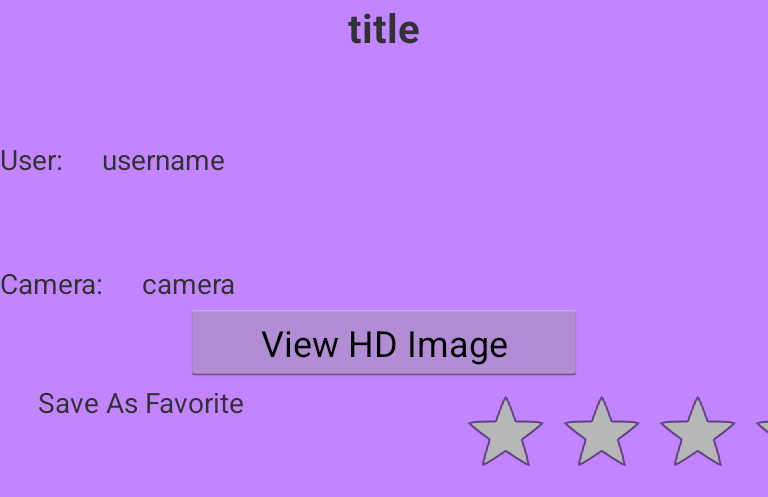
Repository: arianaantonio/Java2_Antonio
Layout: SpaceImageViewer/res/layout/details_activity.xml
These files come from the project's save history. The layout is drawn as it stood at one moment and after the next save; the edit follows.
The pictures show rows 0 to 497 of an output 1280 px tall.
Pictures or frames that could not be fetched are drawn as grey boxes. It is drawn on a 768 x 1280 px phone screen (xhdpi) without system bars, with theme AppTheme; the app's code is not run.

Above is the layout before, as saved 2014-07-31 05:50:29.

### SpaceImageViewer/res/layout/details_activity.xml
<?xml version="1.0" encoding="utf-8"?>
<LinearLayout xmlns:android="http://schemas.android.com/apk/res/android"
    android:layout_width="match_parent"
    android:layout_height="match_parent"
    android:background="@color/Purple"
    android:orientation="vertical" >

    <TextView
        android:id="@+id/title"
        android:layout_width="fill_parent"
        android:layout_height="wrap_content"
        android:gravity="center"
        android:text="title"
        android:textSize="20sp"
        android:textStyle="bold" />

    <LinearLayout
        android:layout_width="287dp"
        android:layout_height="wrap_content"
        android:layout_marginTop="43dp"
        android:orientation="horizontal" >

        <TextView
            android:id="@+id/user"
            android:layout_width="wrap_content"
            android:layout_height="wrap_content"
            android:layout_weight="0.88"
            android:text="@string/userString" />

        <TextView
            android:id="@+id/userName"
            android:layout_width="wrap_content"
            android:layout_height="wrap_content"
            android:layout_weight="7.80"
            android:text="username" />
    </LinearLayout>

    <LinearLayout
        android:id="@+id/linearLayout2"
        android:layout_width="287dp"
        android:layout_height="wrap_content"
        android:layout_marginTop="43dp"
        android:orientation="horizontal" >

        <TextView
            android:id="@+id/camera"
            android:layout_width="wrap_content"
            android:layout_height="wrap_content"
            android:layout_weight="0.88"
            android:text="@string/cameraString" />

        <TextView
            android:id="@+id/cameraType"
            android:layout_width="wrap_content"
            android:layout_height="wrap_content"
            android:layout_weight="7.80"
            android:text="camera" />
    </LinearLayout>

    <Button
        android:id="@+id/button1"
        android:layout_width="wrap_content"
        android:layout_height="wrap_content"
        android:layout_gravity="center"
        android:layout_weight="0.00"
        android:minHeight="35dp"
        android:text="@string/HDbutton"
        android:width="200dp" />

    <LinearLayout
        android:id="@+id/linearLayout3"
        android:layout_width="match_parent"
        android:layout_height="wrap_content"
        android:layout_weight="0.00"
        android:orientation="horizontal" >

        <TextView
            android:id="@+id/textView1"
            android:layout_width="wrap_content"
            android:layout_height="wrap_content"
            android:layout_marginLeft="19dp"
            android:layout_weight="0.5"
            android:text="@string/favorite" />

        <RatingBar
            android:id="@+id/ratingBar"
            android:layout_width="wrap_content"
            android:layout_height="wrap_content"
            android:layout_weight="0.5"
            android:numStars="1"
            android:rating="0.0"
            android:stepSize="1.0" />
    </LinearLayout>

    <com.loopj.android.image.SmartImageView
        android:id="@+id/my_image"
        android:layout_width="match_parent"
        android:layout_height="match_parent"
        android:visibility="visible" />

</LinearLayout>

### SpaceImageViewer/res/values/strings.xml
<?xml version="1.0" encoding="utf-8"?>
<resources>

    <string name="app_name">Space Image Viewer</string>
    <string name="action_settings">Settings</string>
    <string name="textview_text">List of images of spiral galaxies</string>
    <string name="detail_view">Details:</string>
    <string name="Description">Image View</string>
    <color name="Purple">#C285FF</color>
    <color name="Grey">#D8D8D8</color>
    <color name="Aqua">#99FFFF</color>
    <string name="userString">User:</string>
    <string name="cameraString">Camera:</string>
    <string name="HDbutton">View HD Image</string>
    <string name="detailactivity">Details Activity</string>
    <string name="favorite">Save As Favorite</string>
    <string name="preferences">Preferences</string>
    <string name="search">Search</string>
    <string name="favorites">Favorites:</string>
    <string name="search_hint">Search for title or username</string>
    <string-array name="background_colors">
        <item>Blue</item>
        <item>Green</item>
        <item>Purple</item>
        <item>Pink</item>
        <item>Brown</item>
    </string-array>
    <color name="Blue">#0E15E3</color>
    <color name="Green">#30A307</color>
    <color name="Pink">#E30EB1</color>
    <color name="Brown">#75350B</color>
    <string name="favoritesactivity">Favorites Activity</string>
    <string name="textview_hint">Enter a new list title</string>


</resources>

Loaded but not shown: SpaceImageViewer/res/values/styles.xml (common file); SpaceImageViewer/res/values-v11/styles.xml (common file); SpaceImageViewer/res/values-v14/styles.xml (common file)

After the next save:
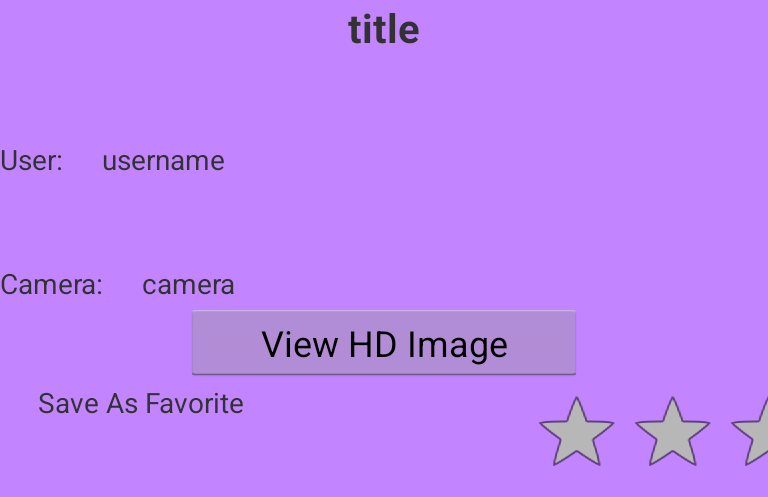
Saved 24 s later.
--- a/SpaceImageViewer/res/layout/details_activity.xml
+++ b/SpaceImageViewer/res/layout/details_activity.xml
@@ -79,7 +79,7 @@
             android:layout_width="wrap_content"
             android:layout_height="wrap_content"
             android:layout_marginLeft="19dp"
-            android:layout_weight="0.5"
+            android:layout_weight="1.0"
             android:text="@string/favorite" />
 
         <RatingBar

After the save that followed:
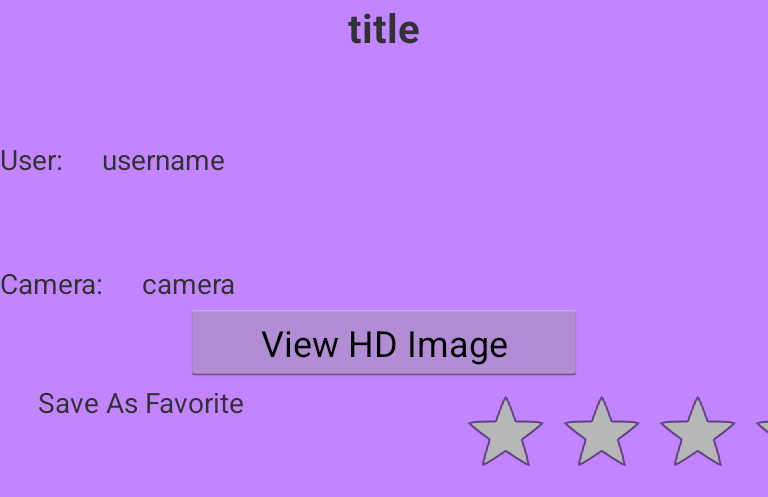
Saved 10 s later.
--- a/SpaceImageViewer/res/layout/details_activity.xml
+++ b/SpaceImageViewer/res/layout/details_activity.xml
@@ -86,7 +86,7 @@
             android:id="@+id/ratingBar"
             android:layout_width="wrap_content"
             android:layout_height="wrap_content"
-            android:layout_weight="0.5"
+            android:layout_weight="1.0"
             android:numStars="1"
             android:rating="0.0"
             android:stepSize="1.0" />
